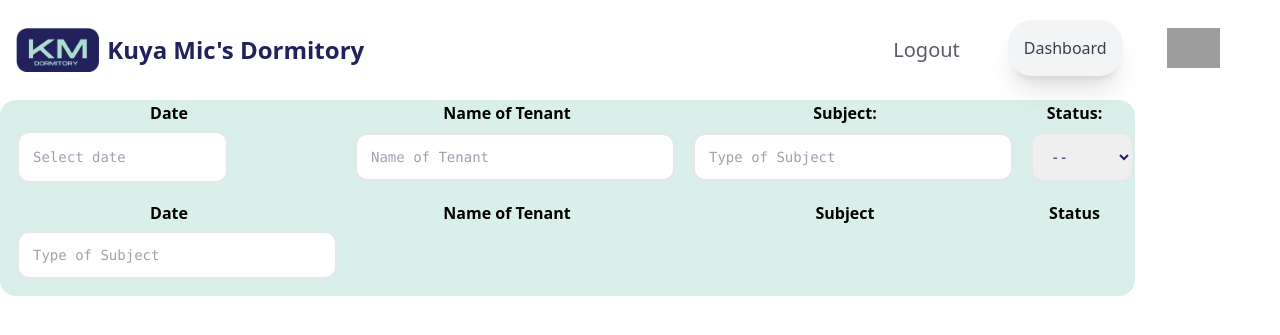
Repository: theamgri/Dormitory-Management-System
Page: logstatus.html
These files come from the project's save history. The page is drawn as it stood at one moment and after the next save; the edit follows.
The browser window is 1280 px wide. The pictures show the whole page.
Pictures or frames that could not be fetched are drawn as grey boxes. Some web libraries are served in a nearby version.

Above is the page before, as saved 2023-02-27 22:25:27.

After the next save:
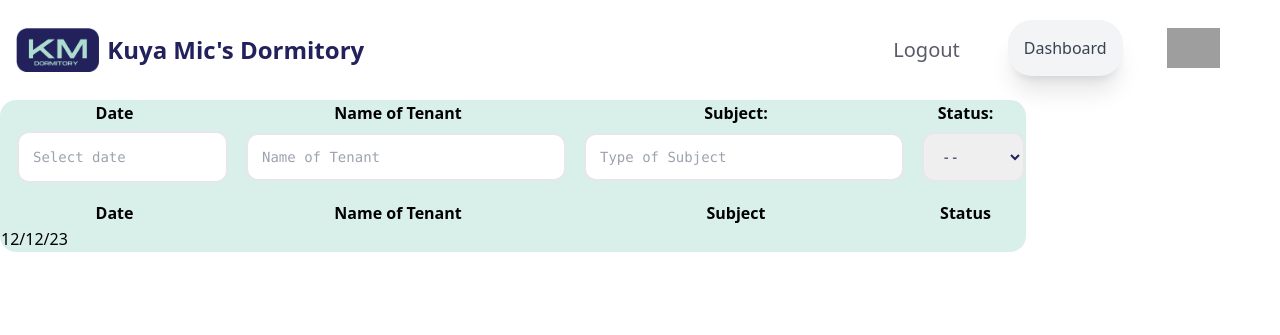
Saved 20 min 14 s later.
--- a/logstatus.html
+++ b/logstatus.html
@@ -70,7 +70,7 @@
             </thead>
             <tbody>
                 <tr>
-                    <td><input type="text" style="height: 3rem; width:20rem;" placeholder="Type of Subject" class="block border-2  font-mono mt-1 ml-4 mb-4 p-3.5 bg-gray-10 text-gray-900 sm:text-sm rounded-xl dark:bg-gray-100 dark:placeholder-gray-400"></td>
+                    <td>12/12/23</td>
                 </tr>
             </tbody>
           </table>
